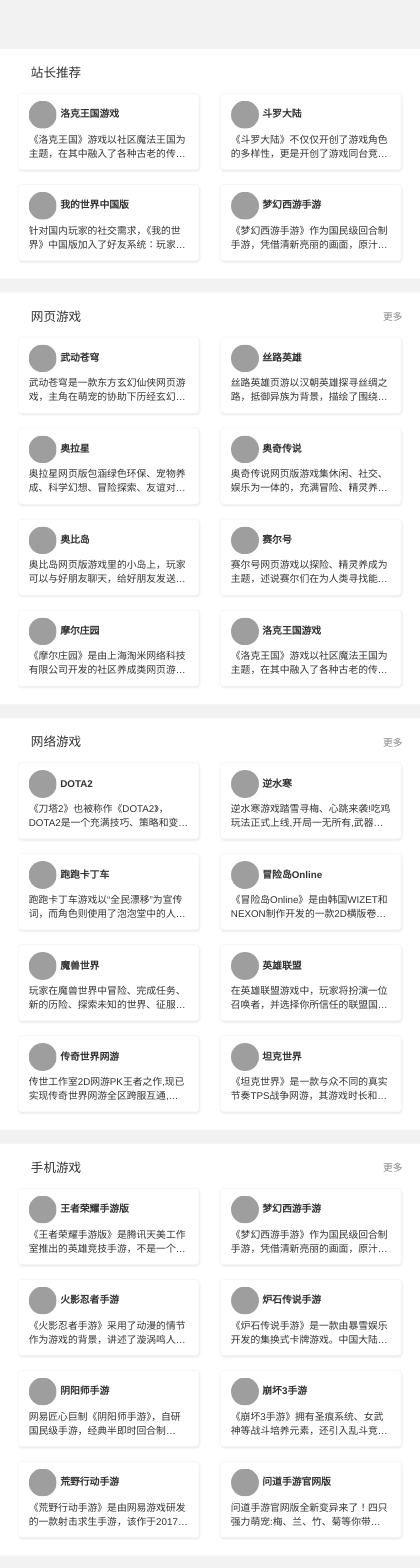
Repository: HadenLeeGit/index.sc
Page: index.html
The author's editor kept a copy of each file at every save. The page is drawn from the files as they stood at one save, then again after the next save.
The browser window is 600 px wide. The pictures show the part of the page from y = 0 to 2240 px (the page is 4646 px tall before and 4596 px after), at 70% of full size.
Pictures or frames that could not be fetched are drawn as grey boxes. Some web fonts or font styles are not loaded; a fallback is used.

Above is the page before, as saved 2022-07-23 08:12:54.

After the next save:
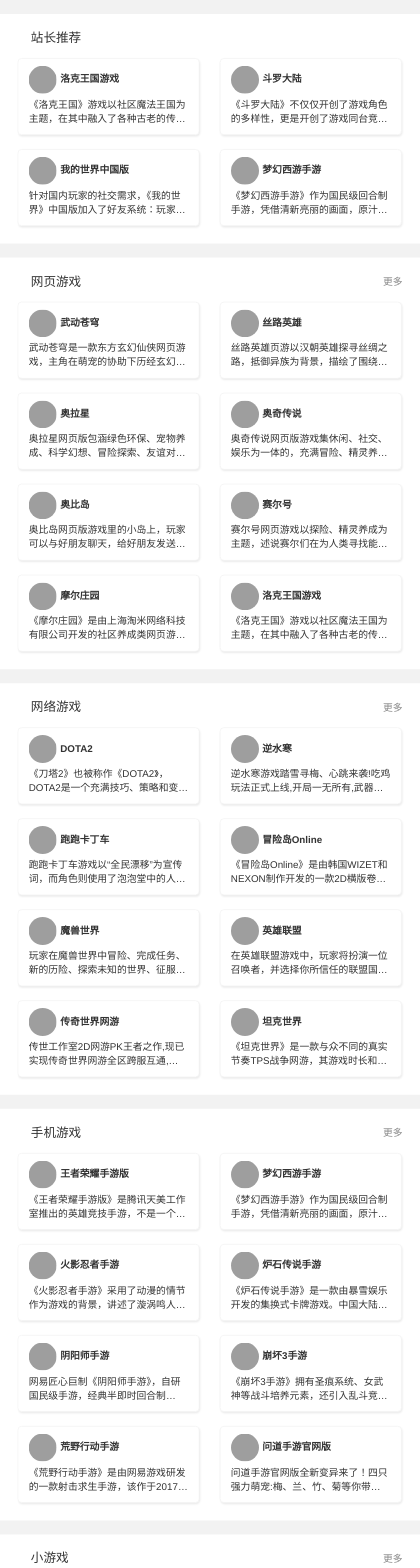
Saved 2 min 5 s later.
--- a/css/index.css
+++ b/css/index.css
@@ -118,7 +118,7 @@
 #nav li ul li {padding:0;}
 #nav li ul li a {color: #999999;}
 #nav li ul li { line-height: 24px;margin:5px 0;}
-.container .main {margin: 50px 0 0 0 }
+.container .main {margin: 0 }
 .bodytext table td input{width:100%!important;margin-bottom:10px;}
 
 .picture { margin-top:0px;}
